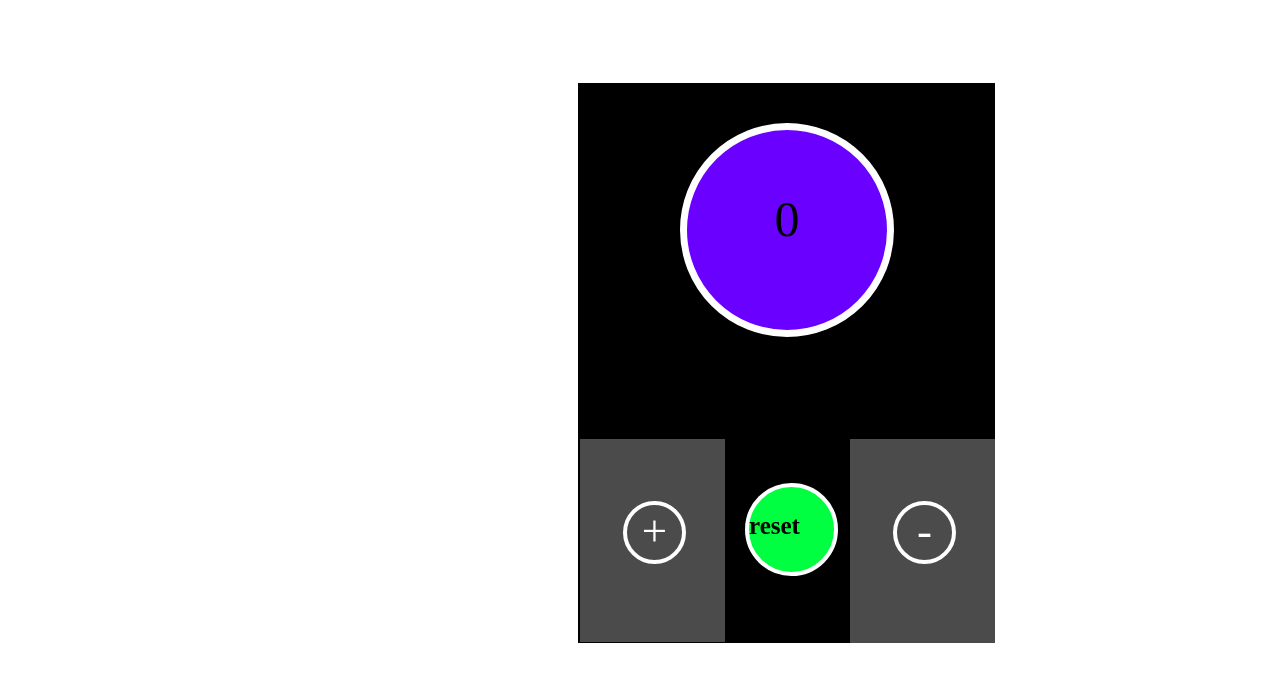
Repository: sara55m/Counter_App
Page: index.html
The author's editor kept a copy of each file at every save. The page is drawn from the files as they stood at one save, then again after the next save.
The browser window is 1280 px wide. The pictures show the whole page.

Above is the page before, as saved 2024-07-31 18:28:10.

### index.html
<!DOCTYPE html>
<html lang="en">
<head>
    <meta charset="UTF-8">
    <meta name="viewport" content="width=device-width, initial-scale=1.0">
    <title>Document</title>
    <link rel="stylesheet" href="css/style.css">
</head>
<body>
    <div class="container">
        <div class="main" id="main"><p class="one" id="one"></p></div>
        <div class="increase" id="increase" onclick="increase()"><div class="increase2">+</div></div>
        <div class="decrease" id="decrease" onclick="decrease()"><div class="decrease2">-</div></div>
        <div class="reset" onclick="reset_1()"><p class="third">reset</p></div>
    </div>
    <script src="js/script.js"></script>
</body>
</html>

### css/style.css
.container{
    position: absolute;
    top:80px;
    left:575px;
    height:560px;
    width:417px;
    background-color: black;
    border:3px solid white;
}
p.one{
    text-align: center;

}

.main{
    position:absolute;
    top:40px;
    left:102px;
    height:180px;
    width:180px;
    border-radius: 50%;
    background-color: rgb(106, 0, 255);
    text-align: center;
    font-size: 50px;
    padding:10px;
    border:7px solid white;

}

.increase{
    position:absolute;
    top:356px;
    left:2px;
    height:203px;
    width:145px;
    background-color:#4b4b4b;

}

.increase .increase2{
    position:absolute;
    top:62px;
    left:43px;
    height:55px;
    width:55px;
    border-radius: 50%;
    border:4px solid white;
    background-color:#4b4b4b;
    text-align: center;
    font-size: 45px;
    color:white;
}

.decrease{
    position:absolute;
    top:356px;
    left:272px;
    background-color:#4b4b4b;
    height:204px;
    width:145px;

}
.decrease .decrease2{
    position:absolute;
    top:62px;
    left:43px;
    height:55px;
    width:55px;
    border-radius: 50%;
    border:4px solid white;
    background-color:#4b4b4b;
    text-align: center;
    font-size: 45px;
    color:white;
}

.reset{
    position:absolute;
    top:400px;
    left:167px;
    height:85px;
    width:85px;
    border-radius: 50%;
    background-color: rgb(0, 255, 64);
    font-weight: bolder;
    border:4px solid white;

}

p.third{
    font-size: 25px;
    text-align: centercolor:white
}

### js/script.js
let count=0;
document.getElementById("one").innerHTML=count;
function increase(){
    count+=1;
    document.getElementById("one").innerHTML=count;
}

function reset_1(){
    count=0;
    document.getElementById("one").innerHTML=count;
}

count=0;
document.getElementById("one").innerHTML=count;
function decrease(){
    count-=1;
    document.getElementById("one").innerHTML=count;

}

After the next save:
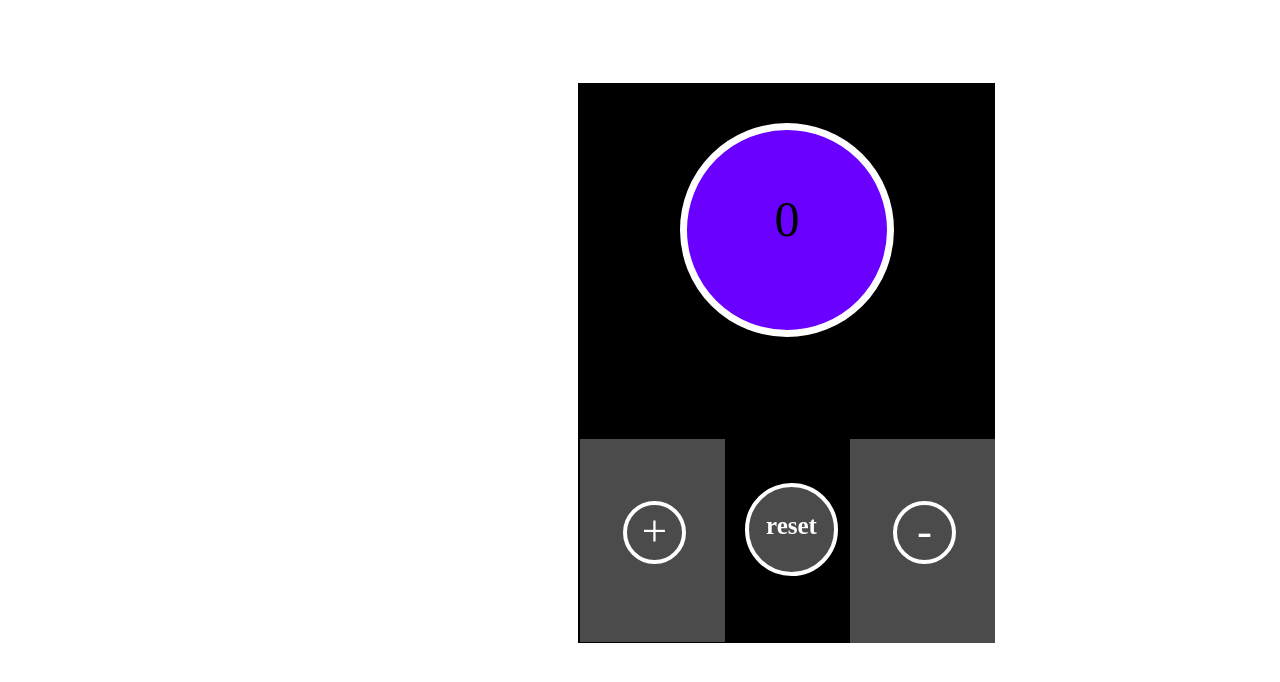
Saved 28 s later.
--- a/css/style.css
+++ b/css/style.css
@@ -81,7 +81,7 @@ p.one{
     height:85px;
     width:85px;
     border-radius: 50%;
-    background-color: rgb(0, 255, 64);
+    background-color:#4b4b4b;
     font-weight: bolder;
     border:4px solid white;
 
@@ -89,5 +89,6 @@ p.one{
 
 p.third{
     font-size: 25px;
-    text-align: centercolor:white
+    text-align: center;
+    color:white;
 }
